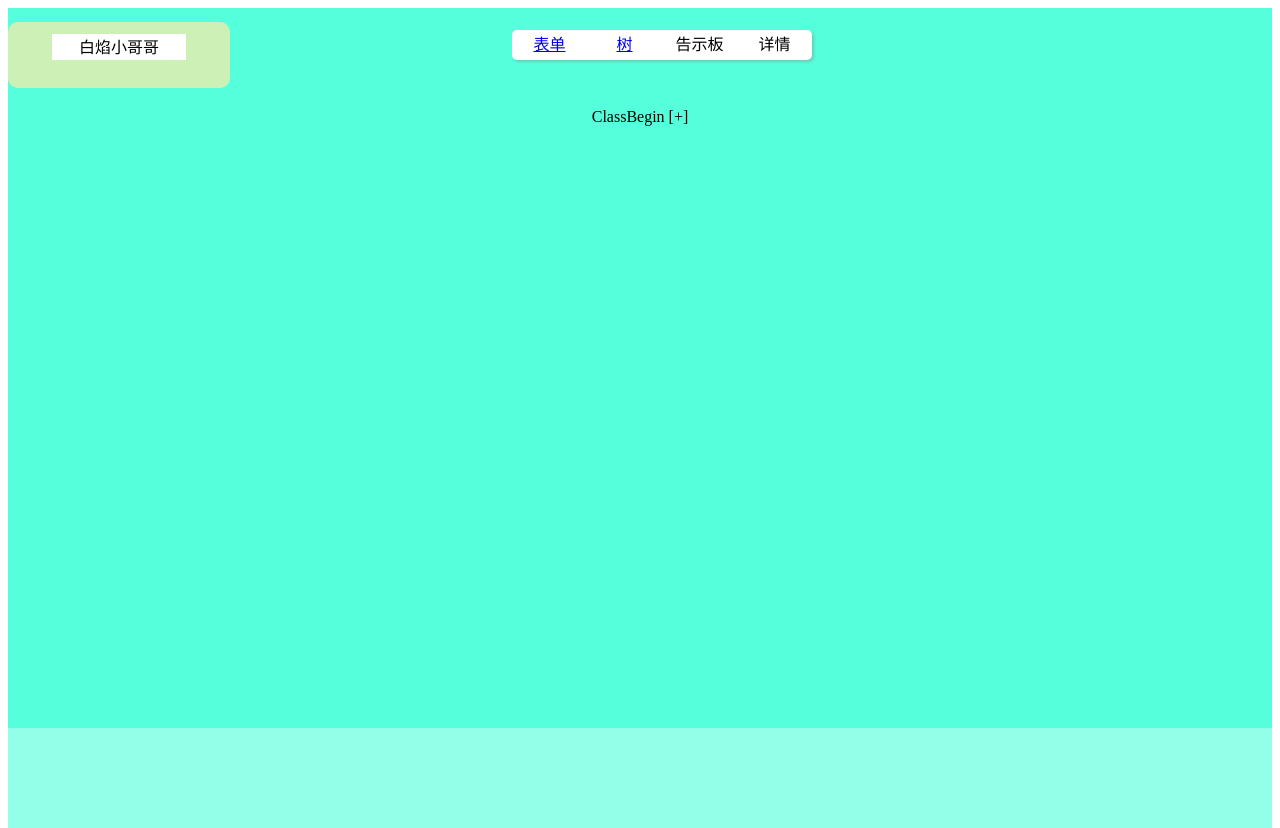
Repository: lxl0302/ClassBegin_-sound_code
Page: /#/tree
An editor plug-in stored every save of this project. The page is shown before and after the next save, followed by the edit.
The browser window is 1280 px wide. The pictures show the whole page.
The project was rebuilt for these pictures with package versions that can differ from the ones it lists, and the page was loaded fresh each time. Also part of the build but not shown: src/form/Form.vue, src/form/FromItem.vue, src/form/Input.vue, src/notice/KNotice.vue, src/form/index.vue, src/views/homepage.vue.

Above is the page before, as saved 2020-07-10 17:04:15.

### src/main.js
import Vue from 'vue'
import App from './App.vue'
import create from './utils/create'
import router from './router/index'
import store from './store/index'

Vue.config.productionTip = false

Vue.prototype.$create =create

new Vue({
  router,
  store,
  render: h => h(App),
}).$mount('#app')

### src/App.vue
<template>
  <div id="app">
    <HelloWorld />
  </div>
</template>

<script>
import HelloWorld from './views/index'

export default {
  name: 'App',
  components: {
    HelloWorld
  }
}
</script>

<style>
  html,body{
    height: 100%;
  }
  #app {
    height: 100%;
  }
</style>

### src/utils/create.js
import Vue from 'vue';

export default function create(Component, props) {
  // 先创建实例
  const vm = new Vue({
    render(h) {
      // h就是createElement, 它返回VNode
      return h(Component, {props})
    }
  }).$mount();
  // 手动挂在dom 创建实例后 会有与实例对应的实体dom
  document.body.appendChild(vm.$el)
  // 销毁方法
  const comp = vm.$children[0];
  comp.remove = function() {
    document.body.removeChild(vm.$el); // 移除实体dom
    vm.$destroy() // 销毁实例
  }
  return comp
}

### src/router/index.js
import Vue from "vue";
import VueRouter from "vue-router";

// 1.安装插件
Vue.use(VueRouter);

// 2.创建vue-router实例
//   2.1 导入路由映射组件
import KFrom from "../form/index.vue";
import Tree from "../tree/index1.vue";
import HomePage from '../views/homepage.vue'
const router = new VueRouter({
  // 配置映射
  routes: [
    {
      path: '',
      redirect: '/pagehome'
    },
    {
      path: '/pagehome',
      component: HomePage
    },
    {
      path: "/kform", // 设置路由路径
      component: KFrom, // 路由路径对应组件
    },
    {
      path: "/tree",
      component: Tree,
    },
  ]
});

// 3.导出
export default router;

### src/store/index.js
import Vuex from 'vuex'
import Vue from 'vue'

Vue.use(Vuex)

const store = new Vuex.Store({
  state: {
    count: 0,
    masterName: '白焰小哥哥'
  },
  mutations: {
    increment(state) {
      state.count ++
    },
    decrement(state) {
      state.count --
    }
  }
})

export default store

### src/views/index.vue
<template>
  <div class="zong">
    <storeView></storeView>
    <div class="toolbar">
      <span><router-link to="/kform">表单</router-link></span>
      <span><router-link to="/tree">树</router-link></span>
      <span>告示板</span>
      <span>详情</span>
    </div>
    <!-- 展示路由组件 -->
    <router-view></router-view>
  </div>
</template>

<script>
  import storeView from './storeView'
  export default {
    name: 'index',
    components: {
      storeView
    },
    data() {
      return {}
    },
    computed: {
      testData() {
        return this.$store.state.count
      }
    },
    mounted() {},
    methods: {
      formClick() {
        this.$router.push('/kform')
      },
      treeClick() {
        this.$router.push('/tree')
      }
    }
  }
</script>
<style scoped>
  div {
    /*早期浏览器*/
    user-select: none;
  }

  .zong {
    width: 100%;
    height: 100%;
    background-color: rgba(0, 255, 200, 0.418);
  }

  .toolbar {
    position: absolute;
    top: 30px;
    left: 40%;
    width: 300px;
    height: 30px;
    border-radius: 5px;
    background-color: white;
    box-shadow: 2px 2px 3px rgba(128, 128, 128, 0.377);
    /* 设置元素两端对齐 */
    text-align: justify;
  }

  .toolbar::after {
    content: '';
    display: inline-block;
    overflow: hidden;
    width: 100%;
  }

  .toolbar span {
    width: 25%;
    /* 设置盒子为行内块 */
    display: inline-block;
    /* background-color: skyblue; */
    /* 设置盒子内元素水平居中 */
    text-align: center;
    /* 设置盒子内容垂直居中 */
    line-height: 30px;
  }

  .toolbar span:hover {
    font-size: 16px;
    color: rgb(47, 206, 255);
  }
</style>

### src/tree/index1.vue
<template>
  <div class="zong">
    <item1 :model="treeData" />
  </div>
</template>

<script>
  import item1 from './Item1'
  export default {
    name: 'index',
    components: {
      item1
    },
    data() {
      return {
        treeData: {
          titile: 'ClassBegin',
          Children: [{
              titile: 'Vue2.x',
              Children: [{
                  titile: 'Vue基本语法'
                },
                {
                  titile: '组件通信'
                },
                {
                  titile: 'slot'
                },
                {
                  titile: 'v-router'
                },
                {
                  titile: 'vuex'
                },
                {
                  titile: '源码',
                  Children: [{
                      titile: 'v-router源码'
                    },
                    {
                      titile: 'vuex源码'
                    },
                    {
                      titile: 'vue组成方式'
                    }
                  ]
                }
              ]
            },
            {
              titile: 'Vue3.0',
              Children: [{
                titile: '有待开发'
              }]
            }
          ]
        }
      }
    },
    computed: {},
    mounted() {
      console.log('$router', this.$router);
    },
    methods: {}
  }
</script>
<style scoped>
  .zong {
    height: 100%;
    width: 100%;
    padding-top: 100px;
    text-align: center;
    list-style: none;
  }
</style>

### src/views/storeView.vue
<template>
  <div class="storezong">
    <div class="shichuang">
      {{this.$store.state.masterName}}
    </div>
  </div>
</template>

<script>
export default {
  name: '',
  components: {},
  data() {
    return {}
  },
  computed: {},
  mounted() {},
  methods: {}
}
</script>
<style scoped>
.storezong {
  position: absolute;
  top: 22px;
  height: 66px;
  width: 222px;
  background-color: rgba(235, 236, 173, 0.795);
  border-radius: 10px;
  text-align: center;
}
.shichuang {
  width: 60%;
  height: 40%;
  margin: 12px auto;
  background-color: #fff;
}
</style>

### src/tree/Item1.vue
<template>
  <div>
    <div @click="nodeChange">
      {{model.titile}}
      <span v-if="isFolder">[{{open ? '-' : '+'}}]</span>
    </div>
    <ul v-show="open">
      <item1 v-for="model in model.Children" :model=model :key="model.titile"></item1>
    </ul>
  </div>
</template>

<script>
export default {
  name: 'Item1',
  data() {
    return {
      open: false
    }
  },
  props: {
    model: {
      type: Object
    }
  },
  computed: {
    isFolder() { // 判断有没有子类
      return this.model.Children && this.model.Children.length
    }
  },
  methods: {
    nodeChange() {
      this.open = !this.open
    }
  }
}
</script>
<style scoped>
</style>

Loaded but not shown: public/index.html (common file)

After the next save:
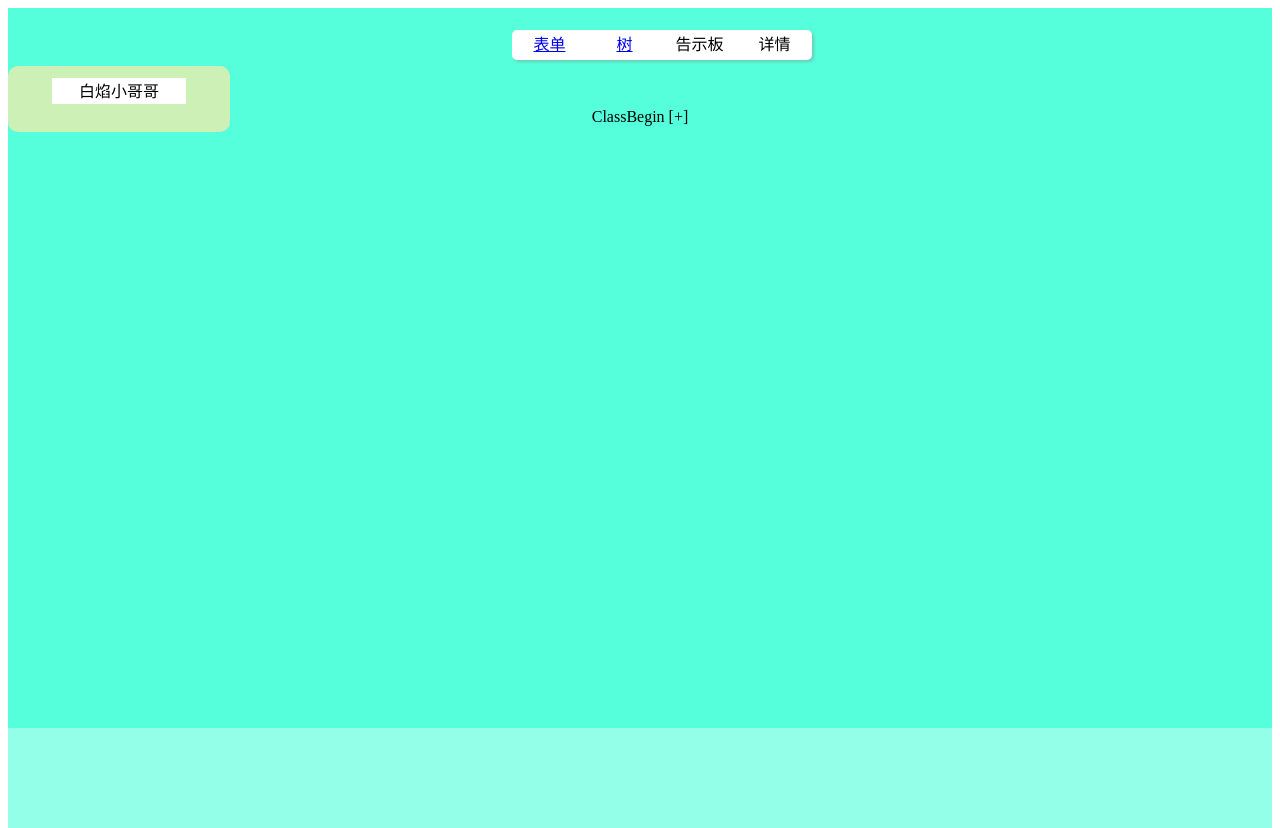
Saved 7 s later.
--- a/src/views/storeView.vue
+++ b/src/views/storeView.vue
@@ -21,7 +21,7 @@ export default {
 <style scoped>
 .storezong {
   position: absolute;
-  top: 22px;
+  top: 66px;
   height: 66px;
   width: 222px;
   background-color: rgba(235, 236, 173, 0.795);
